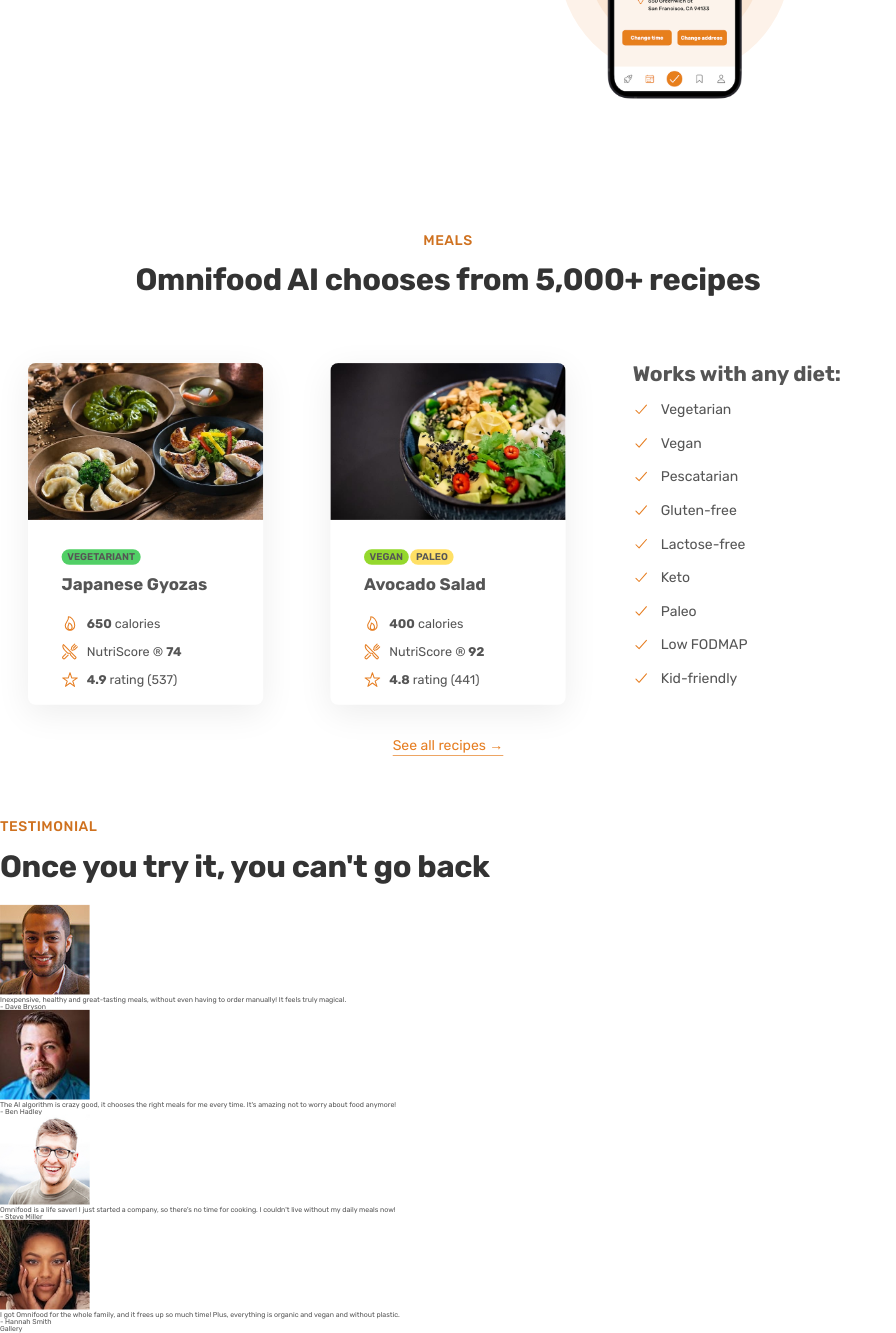
Repository: WefsCao/Omnifood
Page: index.html
The author's editor kept a copy of each file at every save. The page is drawn from the files as they stood at one save, then again after the next save.
The browser window is 1280 px wide. The pictures show the part of the page from y = 2324 to 4244 px (the page is 4228 px tall before and 4244 px after), at 70% of full size.

Above is the page before, as saved 2022-06-05 17:27:15.

### index.html
<!DOCTYPE html>
<html lang="en">
  <head>
    <meta charset="UTF-8" />
    <meta http-equiv="X-UA-Compatible" content="IE=edge" />
    <meta name="viewport" content="width=device-width, initial-scale=1.0" />

    <link rel="preconnect" href="https://fonts.googleapis.com" />
    <link rel="preconnect" href="https://fonts.gstatic.com" crossorigin />
    <link
      href="https://fonts.googleapis.com/css2?family=Rubik:wght@400;500;600;700&display=swap"
      rel="stylesheet"
    />
    <link rel="stylesheet" href="./css/general.css" />
    <link rel="stylesheet" href="./css/style.css" />
    <title>Omnifood</title>
  </head>
  <body>
    <header class="header">
      <img class="logo" src="img/omnifood-logo.png" alt="heder of logo" />

      <nav class="nav-main">
        <ul class="nav-main-list">
          <li><a href="#" class="nav-main-link">How it works</a></li>
          <li><a href="#" class="nav-main-link">Meals</a></li>
          <li><a href="#" class="nav-main-link">Testimonial</a></li>
          <li><a href="#" class="nav-main-link">Pricing</a></li>
          <li><a href="#" class="nav-main-link nav-cta">Try for free</a></li>
        </ul>
      </nav>
    </header>
    <main>
      <section class="section-hero">
        <div class="hero">
          <div class="hero-text-box">
            <h1 class="heading-primary">
              A healthy meal delivered to your door, every single day
            </h1>
            <p class="hero-description">
              The smart 365-days-per-year food subscription that will make you
              eat healthy again. Tailored to your personal tastes and
              nutritional needs.
            </p>
            <a href="#" class="btn btn--full margin-right-sm"
              >Start eating well</a
            >
            <a href="#" class="btn btn--outline">Learn more &darr;</a>
            <div class="delivered-meals">
              <div class="delivered-imgs">
                <img src="img/customers/customer-1.jpg" />
                <img src="img/customers/customer-2.jpg" />
                <img src="img/customers/customer-3.jpg" />
                <img src="img/customers/customer-4.jpg" />
                <img src="img/customers/customer-5.jpg" />
                <img src="img/customers/customer-6.jpg" />
              </div>
              <div class="delivered-text">
                <span>250,000+ </span>meals last year!
              </div>
            </div>
          </div>
          <div class="hero-img-box">
            <img src="img/hero.png" alt="Hero of image" class="hero-img" />
          </div>
        </div>
      </section>
      <section class="section-how">
        <div class="step-title container">
          <span class="subtitle">How it works</span>
          <h2 class="heading-secondary">
            Your daily dose of health in 3 simple steps
          </h2>
        </div>

        <!-- STEP 01 -->
        <div class="step-content container grid grid--2-cols">
          <div class="step-text-box">
            <div class="step-number">01</div>
            <h3 class="heading-tertiary">
              Tell us what you like (and what not)
            </h3>
            <p class="step-text">
              Never again waste time thinking about what to eat! Omnifood AI
              will create a 100% personalized weekly meal plan just for you. It
              makes sure you get all the nutrients and vitamins you need, no
              matter what diet you follow!
            </p>
          </div>
          <div class="step-img-box">
            <img
              class="step-img"
              src="img/app/app-screen-1.png"
              alt="app screen 1"
            />
          </div>
        </div>
        <!-- STEP 02 -->
        <div class="step-content container grid grid--2-cols">
          <div class="step-img-box">
            <img
              class="step-img"
              src="img/app/app-screen-2.png"
              alt="app screen 2"
            />
          </div>
          <div class="step-text-box">
            <div class="step-number">02</div>
            <h3 class="heading-tertiary">Approve your weekly meal plan</h3>
            <p class="step-text">
              Once per week, approve the meal plan generated for you by Omnifood
              AI. You can change ingredients, swap entire meals, or even add
              your own recipes.
            </p>
          </div>
        </div>

        <!-- STEP 03 -->
        <div class="step-content container grid grid--2-cols">
          <div class="step-text-box">
            <div class="step-number">03</div>
            <h3 class="heading-tertiary">Receive meals at convenient time</h3>
            <p class="step-text">
              Best chefs in town will cook your selected meal every day, and we
              will deliver it to your door whenever works best for you. You can
              change delivery schedule and address daily!
            </p>
          </div>
          <div class="step-img-box">
            <img
              class="step-img"
              src="img/app/app-screen-3.png"
              alt="app screen 3"
            />
          </div>
        </div>
      </section>
      <section class="section-meals">
        <div class="container center-v">
          <span class="subtitle">Meals</span>
          <h2 class="heading-secondary">
            Omnifood AI chooses from 5,000+ recipes
          </h2>
        </div>
        <div class="meals container grid grid--3-cols">
          <div class="meal">
            <img
              class="meal-img"
              src="img/meals/meal-1.jpg"
              alt="Japanese Gyozas"
            />
            <div class="meal-content">
              <span class="meal-tag tag--vegetariant">Vegetariant</span>
              <h3 class="meal-title">Japanese Gyozas</h3>
              <ul class="meal-attributes">
                <li class="meal-attribute">
                  <ion-icon class="meal-icon" name="flame-outline"></ion-icon>
                  <span><strong>650</strong> calories</span>
                </li>

                <li class="meal-attribute">
                  <ion-icon
                    class="meal-icon"
                    name="restaurant-outline"
                  ></ion-icon>
                  <span> NutriScore &reg; <strong>74</strong></span>
                </li>
                <li class="meal-attribute">
                  <ion-icon class="meal-icon" name="star-outline"></ion-icon>
                  <span><strong>4.9</strong> rating (537)</span>
                </li>
              </ul>
            </div>
          </div>
          <div class="meal">
            <img
              class="meal-img"
              src="img/meals/meal-2.jpg"
              alt="Avocado Salad"
            />
            <div class="meal-content">
              <div class="meal-tags">
                <span class="meal-tag tag--vegan">Vegan</span>
                <span class="meal-tag tag--paleo">Paleo</span>
              </div>
              <h3 class="meal-title">Avocado Salad</h3>
              <ul class="meal-attributes">
                <li class="meal-attribute">
                  <ion-icon class="meal-icon" name="flame-outline"></ion-icon>
                  <span><strong>400</strong> calories</span>
                </li>

                <li class="meal-attribute">
                  <ion-icon
                    class="meal-icon"
                    name="restaurant-outline"
                  ></ion-icon>
                  <span>NutriScore &reg;<strong> 92</strong></span>
                </li>
                <li class="meal-attribute">
                  <ion-icon class="meal-icon" name="star-outline"></ion-icon>
                  <span><strong>4.8</strong> rating (441)</span>
                </li>
              </ul>
            </div>
          </div>
          <div class="list">
            <h3 class="list-heading">Works with any diet:</h3>
            <ul class="diets">
              <li class="diet">
                <ion-icon class="diet-icon" name="checkmark-outline"></ion-icon>
                <span class="link">Vegetarian</span>
              </li>
              <li class="diet">
                <ion-icon class="diet-icon" name="checkmark-outline"></ion-icon>
                <span class="link">Vegan</span>
              </li>
              <li class="diet">
                <ion-icon class="diet-icon" name="checkmark-outline"></ion-icon>
                <span class="link">Pescatarian</span>
              </li>
              <li class="diet">
                <ion-icon class="diet-icon" name="checkmark-outline"></ion-icon>
                <span class="link">Gluten-free</span>
              </li>
              <li class="diet">
                <ion-icon class="diet-icon" name="checkmark-outline"></ion-icon>
                <span class="link">Lactose-free</span>
              </li>
              <li class="diet">
                <ion-icon class="diet-icon" name="checkmark-outline"></ion-icon>
                <span class="link">Keto</span>
              </li>
              <li class="diet">
                <ion-icon class="diet-icon" name="checkmark-outline"></ion-icon>
                <span class="link">Paleo</span>
              </li>
              <li class="diet">
                <ion-icon class="diet-icon" name="checkmark-outline"></ion-icon>
                <span class="link">Low FODMAP</span>
              </li>
              <li class="diet">
                <ion-icon class="diet-icon" name="checkmark-outline"></ion-icon>
                <span class="link">Kid-friendly</span>
              </li>
            </ul>
          </div>
        </div>
        <div class="container meals-all center-v">
          <a href="#" class="link--recipes">See all recipes &rarr;</a>
        </div>
      </section>
      <section class="section-testimonials">
        <div class="testimonials">
          <span class="subtitle">testimonial</span>
          <h2 class="heading-secondary">Once you try it, you can't go back</h2>
          <div class="testimonial">
            <figure>
              <img src="img/customers/dave.jpg" alt="photo of customer dave" />
              <blockquote>
                Inexpensive, healthy and great-tasting meals, without even
                having to order manually! It feels truly magical.
              </blockquote>
              <p class="customer-name">- Dave Bryson</p>
            </figure>
            <figure>
              <img src="img/customers/ben.jpg" alt="photo of customer ben" />
              <blockquote>
                The AI algorithm is crazy good, it chooses the right meals for
                me every time. It's amazing not to worry about food anymore!
              </blockquote>
              <p class="customer-name">- Ben Hadley</p>
            </figure>
            <figure>
              <img
                src="img/customers/steve.jpg"
                alt="photo of customer steve"
              />
              <blockquote>
                Omnifood is a life saver! I just started a company, so there's
                no time for cooking. I couldn't live without my daily meals now!
              </blockquote>
              <p class="customer-name">- Steve Miller</p>
            </figure>
            <figure>
              <img
                src="img/customers/hannah.jpg"
                alt="photo of customer hannah"
              />
              <blockquote>
                I got Omnifood for the whole family, and it frees up so much
                time! Plus, everything is organic and vegan and without plastic.
              </blockquote>
              <p class="customer-name">- Hannah Smith</p>
            </figure>
          </div>
          <div class="gallery">Gallery</div>
        </div>
      </section>
    </main>
    <script
      type="module"
      src="https://unpkg.com/ionicons@5.5.2/dist/ionicons/ionicons.esm.js"
    ></script>
    <script
      nomodule
      src="https://unpkg.com/ionicons@5.5.2/dist/ionicons/ionicons.js"
    ></script>
  </body>
</html>

### css/general.css
/*
--- 01 TYPOGRAPHY
- Font size system (px)
    10 / 12 / 14 / 16 / 18 / 20 / 24 / 30 / 36 / 44 / 52 / 62 / 74 / 86 / 98

- Font weights:
Default: 400

- Line heights:
Default: 1
Small: 1.05


--- 02 COLOR

- Primary: #e67e22
- Tints: #fdf2e9
- Shades: #cf711f
- Accents:
- Grey:
 #555
 #333

 --- 05 SHADOW

 --- 06 BORDER RADIUS
 - Default: 9px

 --- 07 WHITE SPACES
 - Spacing system (px)
 2 / 4 / 8 / 12 / 16 / 24 / 32 / 48 / 64 / 80 / 96 / 128
*/
html {
  font-size: 62.5%;
}
* {
  margin: 0;
  padding: 0;
  box-sizing: border-box;
}
body {
  font-family: "Rubik", sans-serif;
  color: #555;
  font-weight: 400;
  line-height: 1;
}

/****************************************/
/* GENERAL REUSE COMPONENTS */
/****************************************/
.heading-primary,
.heading-secondary {
  line-height: 1.05;
  color: #333;
  font-weight: 700;
  letter-spacing: -0.5px;
  margin-bottom: 3.2rem;
}
.heading-primary {
  font-size: 5.2rem;
}

.btn--full:link,
.btn--full:visited {
  background-color: #e67e22;
  color: #fff;
}
.btn--full:hover,
.btn--full:active {
  background-color: #cf711f;
}

.grid {
  display: grid;
  gap: 9.6rem;
}
.grid--2-cols {
  grid-template-columns: repeat(2, 1fr);
}
.grid--3-cols {
  grid-template-columns: repeat(3, 1fr);
}
.container {
  max-width: 120rem;
  margin: 0 auto;
}

/*************************************/
/* HELPER CLASSES */
/*************************************/

.margin-right-sm {
  margin-right: 1.6rem !important;
}
.heading-tertiary {
  font-size: 3rem;
  font-weight: 700 !important;
  margin: 1.6rem 0;
}
.center-v {
  text-align: center;
}

### css/style.css
/****************************************/
/* HEADER */
/****************************************/
.header {
  display: flex;
  align-items: center;
  justify-content: space-between;
  height: 9.6rem;
  padding: 0 4.8rem;
  background-color: #fdf2e9;
}
.logo {
  height: 2.2rem;
}

/****************************************/
/* NAVIGATION */
/****************************************/

.nav-main-list {
  display: flex;
  align-items: center;
  gap: 3.2rem;
  list-style: none;
}
.nav-main-link:link,
.nav-main-link:visited {
  color: #333;
  font-size: 1.8rem;
  font-weight: 600;
  text-decoration: none;
  transition: all 0.3s;
}
.nav-main-link:hover,
.nav-main-link:active {
  color: #e67e22;
}

.nav-main-link.nav-cta:link,
.nav-main-link.nav-cta:visited {
  padding: 1.2rem 2.4rem;
  background-color: #e67e22;
  border-radius: 9px;
  color: #fff;
}
.nav-main-link.nav-cta:hover,
.nav-main-link.nav-cta:active {
  background-color: #cf711f;
}

/****************************************/
/* HERO */
/****************************************/
.section-hero {
  background-color: #fdf2e9;
  padding: 4.8rem 0 9.6rem 0;
}

.hero {
  display: grid;
  grid-template-columns: 1fr 1fr;
  gap: 4.8rem;
  align-items: center;
  max-width: 130rem;
  padding: 0 3.2rem;
  margin: 0 auto;
}

.hero-description {
  font-size: 2rem;
  line-height: 1.6;
  margin-bottom: 4.8rem;
}
.btn:link,
.btn:visited {
  outline: none;
  display: inline-block;
  padding: 1.6rem 3.2rem;
  font-size: 1.8rem;
  font-weight: 700;
  border-radius: 9px;
  text-decoration: none;
  transition: all 0.3s;
}

.btn--outline:link,
.btn--outline:visited {
  background-color: #fff;
  color: #555;
}
.btn--outline:hover,
.btn--outline:active {
  background-color: #fdf2e9;
  box-shadow: inset 0 0 0 3px #fff;
}

.delivered-meals {
  display: flex;
  align-items: center;
  gap: 1.6rem;
  margin-top: 8rem;
}
.delivered-imgs {
  display: flex;
}
.delivered-imgs img {
  width: 4.8rem;
  height: 4.8rem;
  border-radius: 50%;
  border: 3px solid #fdf2e9;
  margin-right: -1.6rem;
}
.delivered-imgs img:last-child {
  margin: 0;
}
.delivered-text {
  font-size: 2rem;
}
.delivered-text span {
  font-weight: 700;
  color: #cf711f;
}
.hero-img {
  width: 100%;
}

/****************************************/
/* HOW IT WORKS SECTION  */
/****************************************/
.section-how {
  padding-bottom: 9.6rem;
}
.step-title {
  margin-top: 9.6rem;
}
.step-content {
  margin-top: 9.6rem;
}
.subtitle {
  letter-spacing: 0.75px;
  text-transform: uppercase;
  color: #cf711f;
  font-weight: 500;
  font-size: 2rem;
}
.heading-secondary {
  font-size: 4.4rem;
  margin-top: 2.4rem;
}
.step-number {
  font-size: 8.6rem;
  font-weight: 700;
  color: #ddd;
}

.step-img-box {
  position: relative;
  display: flex;
  align-items: center;
  justify-content: center;
}
.step-img-box::before,
.step-img-box::after {
  content: "";
  display: block;
  position: absolute;
  border-radius: 50%;
  top: 50%;
  left: 50%;
  transform: translate(-50%, -50%);
}
.step-img-box::before {
  width: 60%;
  padding-bottom: 60%;
  background-color: #fdf2e9;
  z-index: -2;
}
.step-img-box::after {
  width: 45%;
  padding-bottom: 45%;
  background-color: #fae5d3;
  z-index: -1;
}
.step-text {
  margin-top: 3.2rem;
  font-size: 1.8rem;
  line-height: 1.6;
}
.step-img {
  width: 35%;
}

/****************************************/
/* MEALS SECTION  */
/****************************************/

.section-meals {
  padding-bottom: 9.6rem;
}

.meals,
.section-meals {
  margin-top: 9.6rem;
}
.meal {
  box-shadow: 0 1.2rem 4.8rem rgba(0, 0, 0, 0.075);
  border-radius: 11px;
  overflow: hidden;
  transition: all 0.3s;
}
.meal:hover {
  transform: translateY(-1rem);
}
.meal-img {
  width: 100%;
}
.meal-content {
  padding: 2.4rem 4.8rem;
}
.meal-tag {
  display: inline-block;
  font-size: 1.4rem;
  margin-top: 1.6rem;
  padding: 0.4rem 0.8rem;
  border-radius: 16px;
  font-weight: 600;
  text-transform: uppercase;
}
.tag--vegetariant {
  background-color: #51cf66;
}
.tag--vegan {
  background-color: #94d82d;
}
.tag--paleo {
  background-color: #ffe066;
}
.meal-title {
  font-size: 2.4rem;
  font-weight: 700;
  margin: 1.6rem 0 3.2rem 0;
}
.meal-attributes {
  list-style: none;
  display: flex;

  flex-direction: column;
  gap: 1.6rem;
}
.meal-attribute {
  font-size: 1.8rem;
  display: flex;
  align-items: center;
  gap: 1.2rem;
}
.meal-icon {
  width: 2.4rem;
  height: 2.4rem;
  color: #e67e22;
}
.list-heading {
  margin-top: 0;
  margin-bottom: 2.4rem;
  font-size: 3rem;
  font-weight: 700;
}
.diets {
  list-style: none;
  display: flex;
  flex-direction: column;
  gap: 2.4rem;
}
.diet {
  display: flex;
  align-items: center;
  gap: 1.6rem;
}
.diet-icon {
  width: 2.4rem;
  height: 2.4rem;
  color: #e67e22;
}
.link {
  font-size: 2rem;
}
.meals-all {
  margin-top: 4.8rem;
  font-size: 2rem;
}
.link--recipes:link,
.link--recipes:visited {
  text-decoration: none;
  color: #e67e22;
  padding-bottom: 2px;
  border-bottom: 1px solid currentColor;
  transition: all 0.3s;
}
.link--recipes:hover,
.link--recipes:active {
  color: #cf711f;
  border-bottom: 1px solid transparent;
}

/****************************************/
/* TESTIMONIALS SECTION  */
/****************************************/

.testimonials {
}

After the next save:
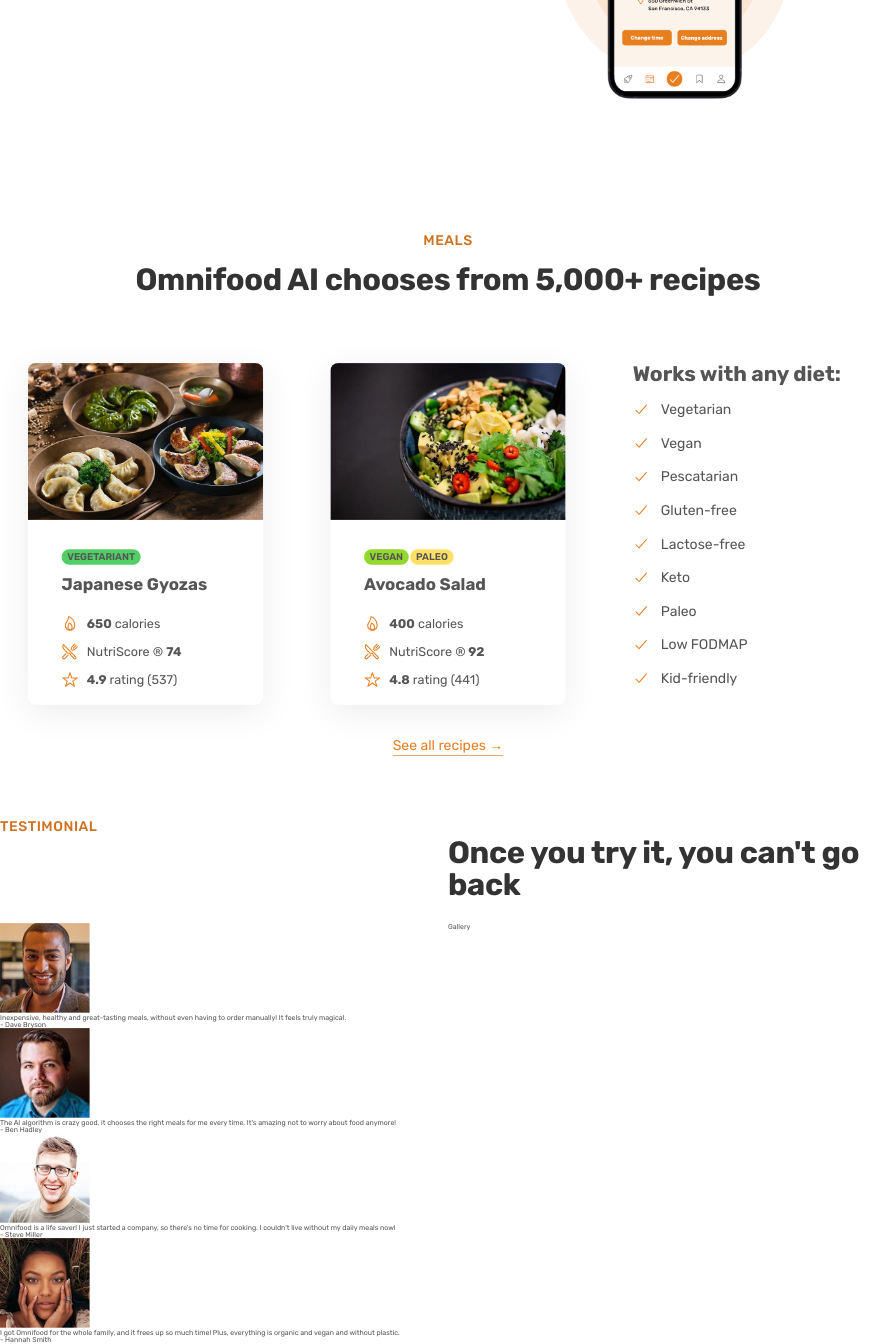
Saved 27 s later.
--- a/css/style.css
+++ b/css/style.css
@@ -306,4 +306,6 @@
 /****************************************/
 
 .testimonials {
-}
+  display: grid;
+  grid-template-columns: 1fr 1fr;
+}
